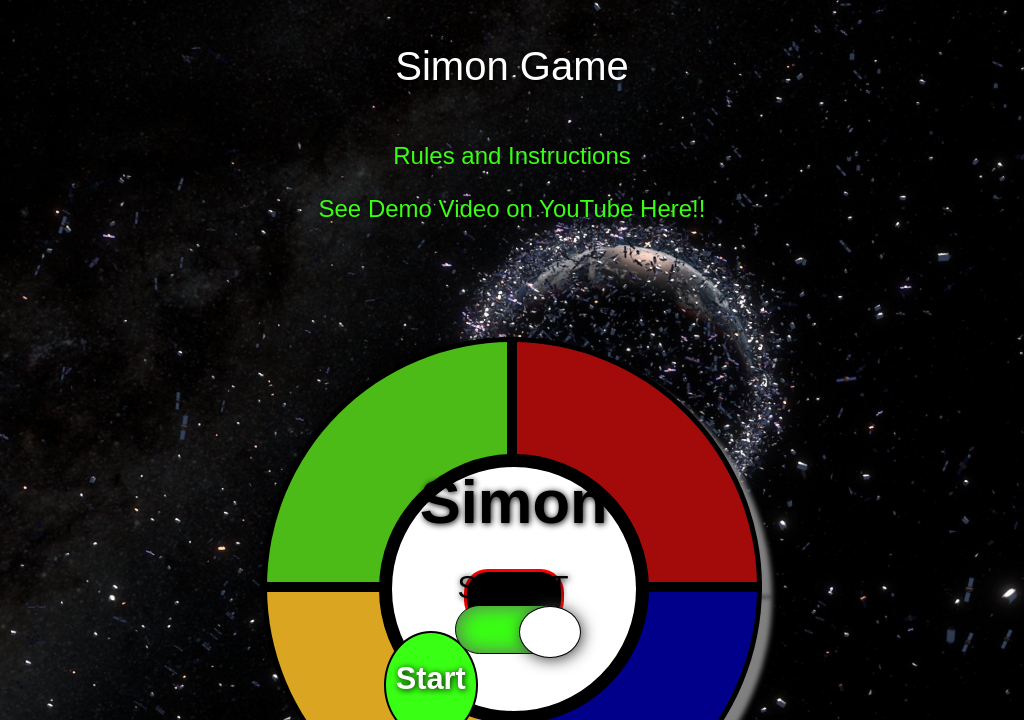
Repository: cgaynor91/Simon-Memory-Game
Page: index.html
The author's editor kept a record of every edit. The page is drawn from the files as they stood at one moment, then again after the next edit.
The browser window is 1024 px wide. The pictures show the whole page.
An inner scrolling area shows only its first screen. Some web fonts or font styles are not loaded; a fallback is used.

Above is the page before.

### index.html
<!DOCTYPE html>
<html lang="en">

<head>
  <meta charset="UTF-8">
  <meta name="viewport" content="width=device-width, initial-scale=1.0">
  <meta http-equiv="X-UA-Compatible" content="ie=edge">
  <title>Simon Memory Game</title>

  <!-- Style sheets -->
  <link rel="stylesheet" href="https://stackpath.bootstrapcdn.com/bootstrap/4.3.1/css/bootstrap.min.css">
  <link href="https://fonts.googleapis.com/css?family=Fascinate+Inline&display=swap" rel="stylesheet" type="text/css">
  <link class="favicon" rel="icon" href="assets/images/favicon.ico" type="image/ico">

  <link rel="stylesheet" href="assets/css/style.css">

</head>


<body>
  <!-- Main Container -->

  <div class="container-fluid header">
    <!--main container-->
    <div class="row">
      <div class="col">
        <h1 class="m-4 py-2">Simon Game</h1>
      </div>
    </div>


    <!-- Button trigger modal - adapted from getbootstrap.com -->
    <button type="button" class="btn btn-modal" data-toggle="modal" data-target="#exampleModal">
  Rules and Instructions
</button>

    <!-- Modal -->
    <div class="modal fade" id="exampleModal" tabindex="-1" role="dialog" aria-labelledby="exampleModalLabel" aria-hidden="true">
      <div class="modal-dialog" role="document">
        <div class="modal-content">
          <div class="modal-header px-0 pl-4">
            <h3 class="modal-title" id="ModalLabel">Rules & Instructions</h3>
            <button type="button" class="close" data-dismiss="modal" aria-label="Close">
          <span aria-hidden="true">&times;</span>
        </button>
          </div>
          <div class="modal-body">
            <p class="text-center"> Think fast... SIMON says, "Chase my flashing lights and sounds"!</p> <br> The challenge is to repeat the ever-increasing random signals that SIMON generates.<br>
            <h4 class="text-center"> How To Play?</h4><br> 1. Press green START button; SIMON will give the first signal.<br> 2. Repeat the signal by pressing the same pad.<br> 3. SIMON will duplicate the first signal and will add one.<br> 4. Repeat these two signals by pressing
            the same colour pads.<br> 5. SIMON will duplicate these first two signals and add one.<br> 6. You must reach 20 to win.<br><br>

            <h4 class="text-center"> Strict Mode</h4><br> When Strict mode is selected you cannot get your sequence wrong at any point or your game will be reset back to the start

          </div>
          <div class="modal-footer">
            <button type="button" class="btn btn-modal" data-dismiss="modal">Close</button>
          </div>
        </div>
      </div>
    </div>

    <div class="row">
      <div class="rules-col col">
        <a href="https://www.youtube.com/watch?v=1Yqj76Q4jJ4" target="_blank">See Demo Video on YouTube Here!!</a>
      </div>
    </div>

    <!-- will hold the simon board -->
    <div class="container-fluid outer-circle">
      <div class="row">
        <div class="col simon-board">
          <div class="pads">
            <div id="greenpad" class="pad green-pad"></div>
            <div id="redpad" class="pad red-pad"></div>
            <div id="yellowpad" class="pad yellow-pad"></div>
            <div id="bluepad" class="pad blue-pad"></div>
          </div>

          <!-- inner -circle of board containg number counter and switches -->

          <div class="inner-circle">
            <div class="label">Simon</div>
            <div id="turn" class="display">-</div>
            <div id="start" class="start-button">Start</div>
            <div class="container strict">
              <div class="strict-label">
                <p>STRICT</p>
                <div class="strict-switch">
                  <input type="checkbox" id="strict" class="toggle" checked/>
                </div>
              </div>
            </div>
          </div>
        </div>
      </div>
    </div>
  </div>
<!-- Footer -->
  <div class="container-fluid footer">
    <div class="row justify-content-center">
      <p>Website created by Claire Gaynor &copy;
        <br> For educational purposes only.</p>
    </div>
  </div>

  <!-- Audio Clips -->
  <audio id="sound-green" src="assets/sounds/green.mp3"></audio>
  <audio id="sound-red" src="assets/sounds/red.mp3"></audio>
  <audio id="sound-yellow" src="assets/sounds/yellow.mp3"></audio>
  <audio id="sound-blue" src="assets/sounds/blue.mp3"></audio>
  <audio id="game-win" src="assets/sounds/game-win.wav"></audio>
  <audio id="game-over" src="assets/sounds/game-over.wav"></audio>



  <!-- Scripts located at the bottom of the body to ensure quick page loading -->
  <script src="https://cdnjs.cloudflare.com/ajax/libs/jquery/3.4.1/jquery.slim.min.js"></script>
  <script src="https://ajax.googleapis.com/ajax/libs/jquery/3.3.1/jquery.min.js"></script>
  <script src="https://cdnjs.cloudflare.com/ajax/libs/popper.js/1.15.0/umd/popper.min.js"></script>
  <script src="https://stackpath.bootstrapcdn.com/bootstrap/4.3.1/js/bootstrap.min.js"></script>
  <script src="assets/js/script.js"></script>



</body>

</html>

### assets/css/style.css
@import url('https://fonts.googleapis.com/css?family=Fascinate+Inline:100,200,300,400,500,600,700');


html,

body {
  width: 100%;
  height: 100%;
  margin: 0;
  padding: 0;
  overflow-x: hidden;
  background-image: url("../images/bgimage.jpg");
  background-color: #161677;
  background-size: cover;
  font-family: 'Fascinate inline', sans-serif;
  text-shadow: 1px 1px 6px #000000;
}

.row {
  text-align: center;
  padding: 10px;
  margin: 0;
  width: 100%;
  height: 100%;
}

a {
  color: #39ff14;
  padding-top: 5px;
  font-size: 1.5em;
}

a:hover {
  color: #fff;
  text-decoration: none;
}

.rules-col {
  margin-bottom: 50px;
}

h1 {
  color: #fff;
  margin-top: 10px;
}

.label {
  position: absolute;
  font-size: 2.2em;
  color: #000;
  font-weight: bold;
  margin-top: 10px;
}


/* Modal */

.modal-content {
  background-image: url("../images/bgimage.jpg");
  text-align: left;
  font-size: 1.2em;
  color: #39ff14;
}

.btn-modal {
  color: #39ff14;
  padding-top: 5px;
  font-size: 1.5em;
}

.btn-modal:hover {
  color: #fff;
}

/* Containers */

.header {
  color: white;
  text-align: center;
}

.outer-circle {
  padding: 0;
  margin: auto;
  width: 100%;
  height: 100vw;
  max-width: 600px;
  max-height: 600px;
  border-radius: 50%;
  background-color: transparent;
  margin-bottom: 230px;
  display: flex;
}


.strict {
  position: absolute;
  margin-top: 149px;
  margin-left: 50px;
  padding: 0px;
  width: 29%;
  line-height: 0;
}


.footer {
  color: #fff;
}


/* Controls */

.inner-circle {
  display: -webkit-box;
  display: -ms-flexbox;
  display: flex;
  -webkit-box-pack: center;
  -ms-flex-pack: center;
  justify-content: center;
  position: absolute;
  background-color: #fff;
  top: 27%;
  left: 27%;
  width: 46vw;
  height: 46vw;
  max-width: 270px;
  max-height: 270px;
  border: solid 13px #000;
  border-radius: 50%;
  line-height: 50px;
  box-sizing: border-box;
  -moz-box-sizing: border-box;
  -webkit-box-sizing: border-box;
}


#turn {
  position: absolute;
  top: 70px;
  max-width: 100px;
  max-height: 55px;
  color: #ff0000;
  background-color: #000;
  width: 39vw;
  height: 11vw;
  margin: auto;
  border: solid 3px #ff0000;
  border-radius: 6px;
  font-size: 2em;
}

.start-button {
  float: left;
  margin-right: 100px;
  margin-top: 135px;
  padding: 10px;
  line-height: 3em;
  font-weight: bold;
  background-color: #39ff14;
  height: 70px;
  width: 70px;
  border-radius: 50%;
  border: solid 2px #000;
}

.start-button:active {
  background-color: #ccff00;
}

.strict-switch {
  margin-top: 17px;
}

.strict-label {
  color: #000;
}

input[type="checkbox"] {
  position: relative;
  width: 67px;
  height: 35px;
  -webkit-appearance: none;
  -moz-appearance: none;
  -o-appearance: none;
  appearance: none;
  background: #3e8231;
  border: solid 1px #000;
  border-radius: 25vw;
}

input:checked[type="checkbox"] {
  background-color: #39ff14;
}

input[type="checkbox"]:before {
  content: "";
  position: absolute;
  height: 34px;
  width: 34px;
  border-radius: 50%;
  border: solid .5px #000;
  background-color: #fff;
  box-shadow: 2px 2px 15px #444;
}

input:checked[type="checkbox"]:before {
  left: 35px;
}


/* Simon Board Pad Colours */

.pad {
  float: left;
  position: relative;
  width: 50%;
  height: 50vw;
  border: solid 12px #000;
  max-width: 300px;
  max-height: 300px;
  -moz-box-sizing: border-box;
  -webkit-box-sizing: border-box;
  box-shadow: 1px 1px 12px #000000;

}


#greenpad {
  position: absolute;
  height: 250px;
  width: 250px;
  border-radius: 250px 0 0 0;
  -moz-border-radius: 250px 0 0 0;
  -webkit-border-radius: 250px 0 0 0;
  background: #4CBB17;
  top: 50%;
  left: 50%;
  margin: -250px 0px 0px -250px;
  border-style: solid;
  border-width: 5px;
  box-sizing: border-box;
  -moz-box-sizing: border-box;
  -webkit-box-sizing: border-box;
}

#redpad {
  position: absolute;
  height: 250px;
  width: 250px;
  -moz-border-radius: 0 250px 0 0;
  -webkit-border-radius: 0 250px 0 0;
  background: #a30b0b;
  top: 50%;
  left: 50%;
  margin: -250px 0px 0px 0px;
  border-style: solid;
  border-width: 5px;
  box-shadow: 10px 10px 5px grey;
  box-sizing: border-box;
  -moz-box-sizing: border-box;
  -webkit-box-sizing: border-box;
}

#yellowpad {
  position: absolute;
  height: 250px;
  width: 250px;
  -moz-border-radius: 0 0 0 250px;
  -webkit-border-radius: 0 0 0 250px;
  background: #daa520;
  top: 50%;
  left: 50%;
  margin: 0px -250px 0px -250px;
  border-style: solid;
  border-width: 5px;
  box-sizing: border-box;
  box-shadow: 10px 10px 5px grey;
  -moz-box-sizing: border-box;
  -webkit-box-sizing: border-box;
}

#bluepad {
  position: absolute;
  height: 250px;
  width: 250px;
  -moz-border-radius: 0 0 250px 0;
  -webkit-border-radius: 0 0 250px 0;
  background: #00008b;
  top: 50%;
  left: 50%;
  margin: 0px 0px -250px 0px;
  border-style: solid;
  border-width: 5px;
  box-sizing: border-box;
  box-shadow: 10px 10px 5px grey;
  -moz-box-sizing: border-box;
  -webkit-box-sizing: border-box;
}

/* Media Queries */

@media screen and (max-device-width: 600px) {

  .label {
    font-size: 6vw;

  }

  #turn {
    top: 13vw;
    width: 13vw;
    height: 9vw;
    font-size: 5vw;
    line-height: 7vw;
    border-radius: 2.3vw;
  }

  #start {
    font-size: 2.7vw;
    height: 11.3vw;
    width: 11.3vw;
    margin-right: 16.2vw;
    margin-top: 22.8vw;
    padding: 1.6vw 1.4vw;
  }

  .container.strict {
    bottom: -1vw;
    height: 15vw;
    width: 25vw;
    margin-left: 9vw;
    font-size: 3vw;
  }
  input[type="checkbox"] {
    height: 6.1vw;
    width: 11.3vw;
    border-radius: 25vw;
    -webkit-box-shadow: inset 0 0 2vw rgb(103, 103, 103);
    -o-box-shadow: inset 0 0 2vw rgb(103, 103, 103);
    box-shadow: inset 0 0 2vw rgb(103, 103, 103);
  }
  input[type="checkbox"]:before {
    height: 6.1vw;
    width: 6.1vw;
  }

  input:checked[type="checkbox"]:before {
    left: 6.1vw;
  }
}


@media only screen
and (min-device-width : 768px)
and (max-device-width : 1024px) {
  .label {
    font-size: 6vw;
  }

  #turn {
    top: 10vw;
    width: 13vw;
    height: 9vw;
    font-size: 5vw;
    line-height: 7vw;
    border-radius: 2.3vw;
  }

  #start {
    font-size: 3vw;
    line-height: 7vw;
    height: 10.5vw;
    width: 11.3vw;
    margin-right: 16.2vw;
    margin-top: 16.1vw;
    margin-bottom: 10vw;
  }


  .container.strict {
    bottom: 2vw;
    height: 10vw;
    width: 15vw;
    margin-right: 5vw;
    font-size: 3vw;
  }

  input[type="checkbox"] {
    height: 4.8vw;
    width: 11.3vw;
    border-radius: 25vw;
    -webkit-box-shadow: inset 0 0 2vw rgb(103, 103, 103);
    -o-box-shadow: inset 0 0 2vw rgb(103, 103, 103);
    box-shadow: inset 0 0 2vw rgb(103, 103, 103);
  }
  input[type="checkbox"]:before {
    height: 5.1vw;
    width: 6.1vw;
  }

  input:checked[type="checkbox"]:before {
    left: 6.1vw;
  }
}

### assets/js/script.js
// Variables

let order = [];
let playerOrder = [];
let flash, turn, good, compTurn, intervalId, win;
let strict = true;
let volume = true;

// Variables targeted using jquery

const turnCounter = document.getElementById("turn");
const pad = document.getElementById("pad");
const greenPad = document.getElementById("greenpad");
const redPad = document.getElementById("redpad");
const yellowPad = document.getElementById("yellowpad");
const bluePad = document.getElementById("bluepad");
const strictButton = document.getElementById("strict");
const startButton = document.getElementById("start");



// Adapt game to play in strict mode if selected

$(strictButton).on('click', function() {
  if (strictButton.checked === true) {
    strict = true;
    turn = 1;
    clearInterval(intervalId);
    if ($(turnCounter).text() == "-") {
      $(turnCounter).text("-");
    }
    else {
      $(turnCounter).text("0");
    }
    setTimeout(function() {
      clearColor();
    }, 800);
  }
  else {
    strict = false;
  }
});


// Intialize Game when start button clicked

$(startButton).on("click", function() {
  clearInterval(intervalId);
  playGame();
});

// This function runs when it is time for the computer to generate a sequence.


function playGame() {
  intervalId = 0;
  win = false;
  $(turnCounter).text("1");
  playerOrder = [];
  turn = 1;
  flash = 0;
  good = true;
  for (var i = 0; i < 20; i++) {
    order.push(Math.floor(Math.random() * 4) + 1);
  }
  compTurn = true;

  intervalId = setInterval(gamePlay, 800);
}

/* A function to identify if it is the player's turn or the computer's turn.
The amount of flashes must match the number in the turn counter - sequence stops and is logged.
The comptuer reproduces a sequence and checks light id and applies correct light and sound function
Code here is partly taken from a tutorial on youtube by freecodecamp(credits & link in Readme)*/

function gamePlay() {

  if (flash == turn) {
    clearInterval(intervalId);
    compTurn = false;
    clearColor();
  }

  if (compTurn) {
    clearColor();
    setTimeout(function() {
      if (order[flash] == 1) one();
      if (order[flash] == 2) two();
      if (order[flash] == 3) three();
      if (order[flash] == 4) four();
      flash++;
    }, 350);
  }
}

// Functions that generate lights and sounds for all four pads

function one() {
  if (volume) {
    let audio = document.getElementById("sound-green");
    audio.play();
  }
  volume = true;
  greenPad.style.backgroundColor = "#39ff14";
}

function two() {
  if (volume) {
    let audio = document.getElementById("sound-red");
    audio.play();
  }
  volume = true;
  redPad.style.backgroundColor = "#B22222";
}

function three() {
  if (volume) {
    let audio = document.getElementById("sound-yellow");
    audio.play();
  }
  volume = true;
  yellowPad.style.backgroundColor = "#FFFF00";
}

function four() {
  if (volume) {
    let audio = document.getElementById("sound-blue");
    audio.play();
  }
  volume = true;
  bluePad.style.backgroundColor = "#0000ff";
}

// Returns pads to their original state

function clearColor() {
  greenPad.style.backgroundColor = "#4CBB17";
  redPad.style.backgroundColor = "#a30b0b";
  yellowPad.style.backgroundColor = "#daa520";
  bluePad.style.backgroundColor = "#00008b";
}

// Function to cause all colours to flash at the same time

function flashColor() {
  greenPad.style.backgroundColor = "#39ff14";
  redPad.style.backgroundColor = "#FF0000";
  yellowPad.style.backgroundColor = "#FFFF00";
  bluePad.style.backgroundColor = "#0000FF";
}

// Functions for wqhen each pads are clicked.
// By clicking one pad, a number is pushed into the player sequence array
// Colour clears after set time

$(greenPad).on('click', function() {
  playerOrder.push(1);
  check();
  one();
  if (!win) {
    setTimeout(function() {
      clearColor();
    }, 300);
  }
});

$(redPad).on('click', function() {
  playerOrder.push(2);
  check();
  two();
  if (!win) {
    setTimeout(function() {
      clearColor();
    }, 300);
  }
});

$(yellowPad).on('click', function() {
  playerOrder.push(3);
  check();
  three();
  if (!win) {
    setTimeout(function() {
      clearColor();
    }, 300);
  }
});

$(bluePad).on('click', function() {
  playerOrder.push(4);
  check();
  four();
  if (!win) {
    setTimeout(function() {
      clearColor();
    }, 300);
  }
});

// Function created to check and see if
// 1. The colour sequence is followed incorrectly
// 2. If player sequence matches the turn counter
// 3. If the player has completed 20 levels to win game
// 4. Also if strict mode is actve and the player has lost a game

function check() {
  if (playerOrder[playerOrder.length - 1] !== order[playerOrder.length - 1])
    good = false;

  if (playerOrder.length == 20 && good) {
    winGame();
  }

  if (good == false) {
    flashColor();
    $(turnCounter).text("NO!");
    let audio = document.getElementById("game-over");
    audio.play();
    setTimeout(function() {
      $(turnCounter).text((turn) - 1);
      clearColor();

      if (strict) {
        playGame();
      }
      else {
        compTurn = true;
        flash = 0;
        playerOrder = [];
        good = true;
        intervalId = setInterval(gamePlay, 800);
      }
    }, 800);

    volume = false;
  }

  else if (turn == playerOrder.length && good && !win) {
    turn++;
    playerOrder = [];
    compTurn = true;
    flash = 0;
    $(turnCounter).text((turn) - 1);
    intervalId = setInterval(gamePlay, 800);
  }
}

// Function is called upon if the player wins the game - displaying "WIN!" in the counter and playing audio

function winGame() {
  flashColor();
  $(turnCounter).text("WIN!");
  win = true;
  setTimeout(function() {
    let audio = document.getElementById("game-win");
    audio.play();
  }, 800);
}

After the next edit:
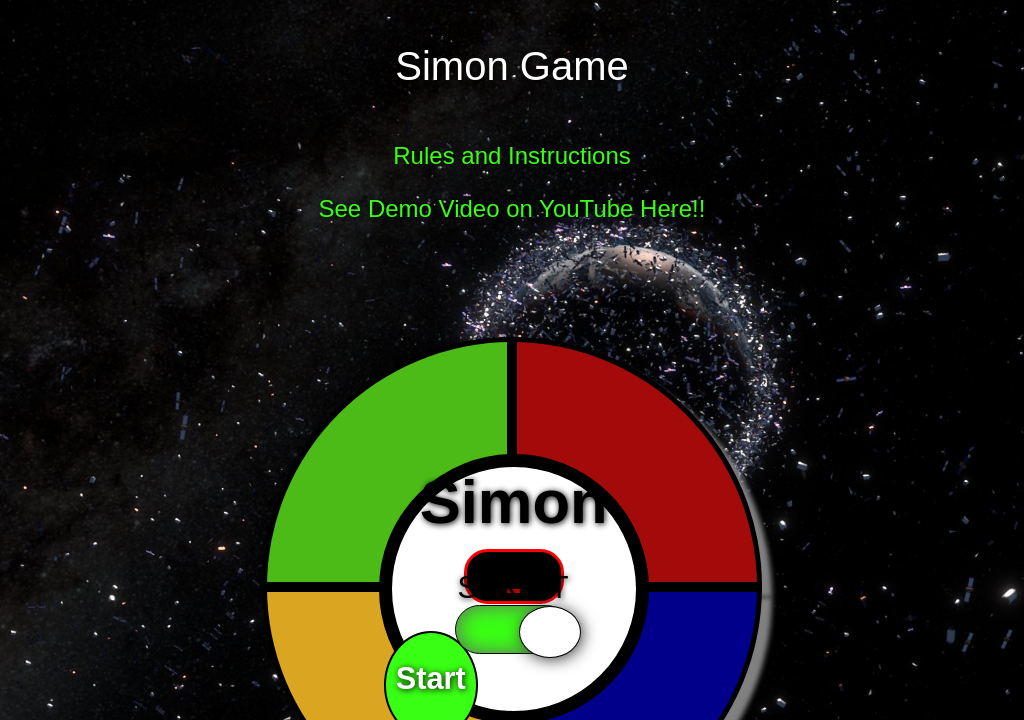
The edit:
--- a/assets/css/style.css
+++ b/assets/css/style.css
@@ -358,7 +358,7 @@
   }
 
   #turn {
-    top: 10vw;
+    top: 8vw;
     width: 13vw;
     height: 9vw;
     font-size: 5vw;
